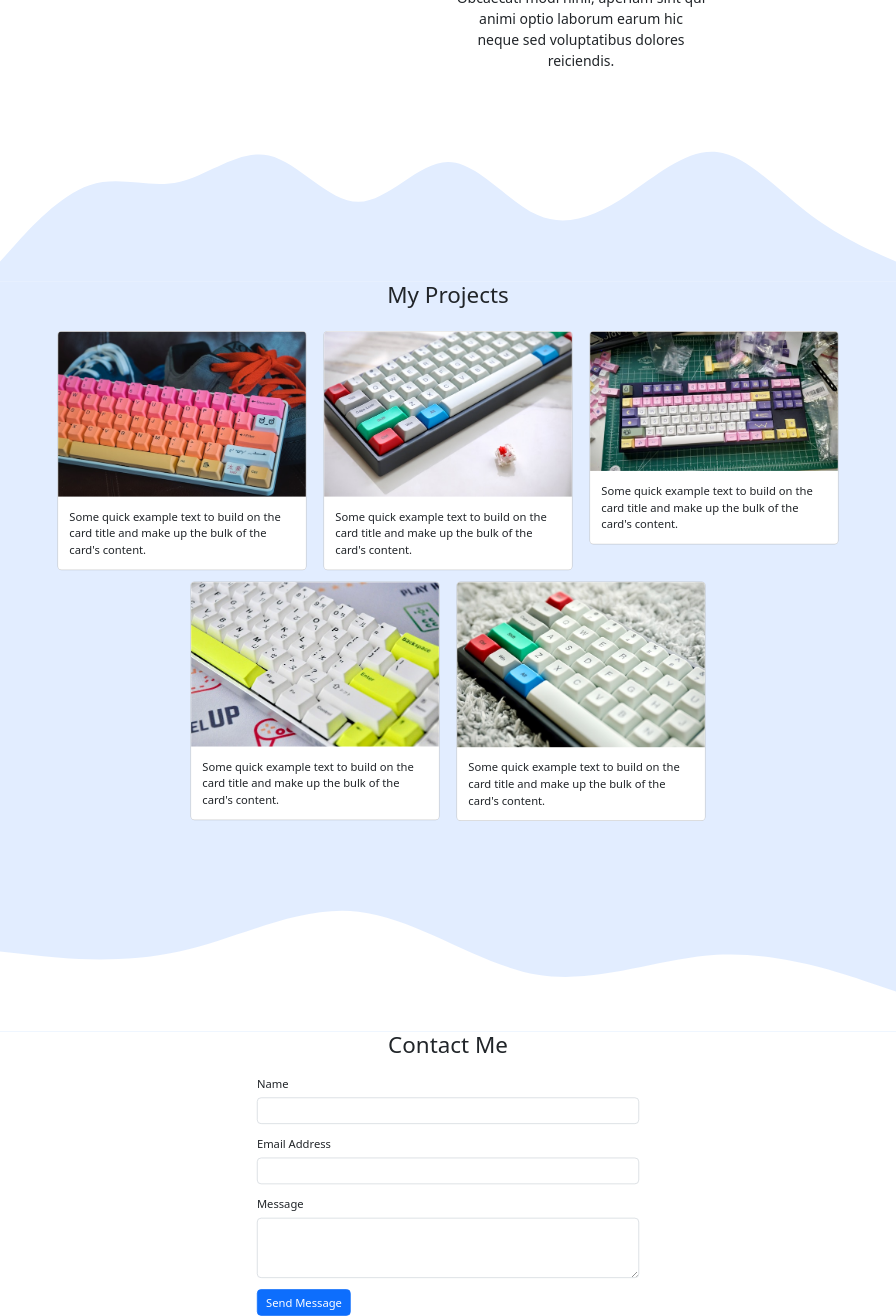
Repository: fadlyyy/fadli-dev.github.io
Page: index.html
These files come from the project's save history. The page is drawn as it stood at one moment and after the next save; the edit follows.
The browser window is 1280 px wide. The pictures show the part of the page from y = 1084 to 3004 px (the page is 2964 px tall before and 3004 px after), at 70% of full size.

Above is the page before, as saved 2024-01-19 15:57:18.

After the next save:
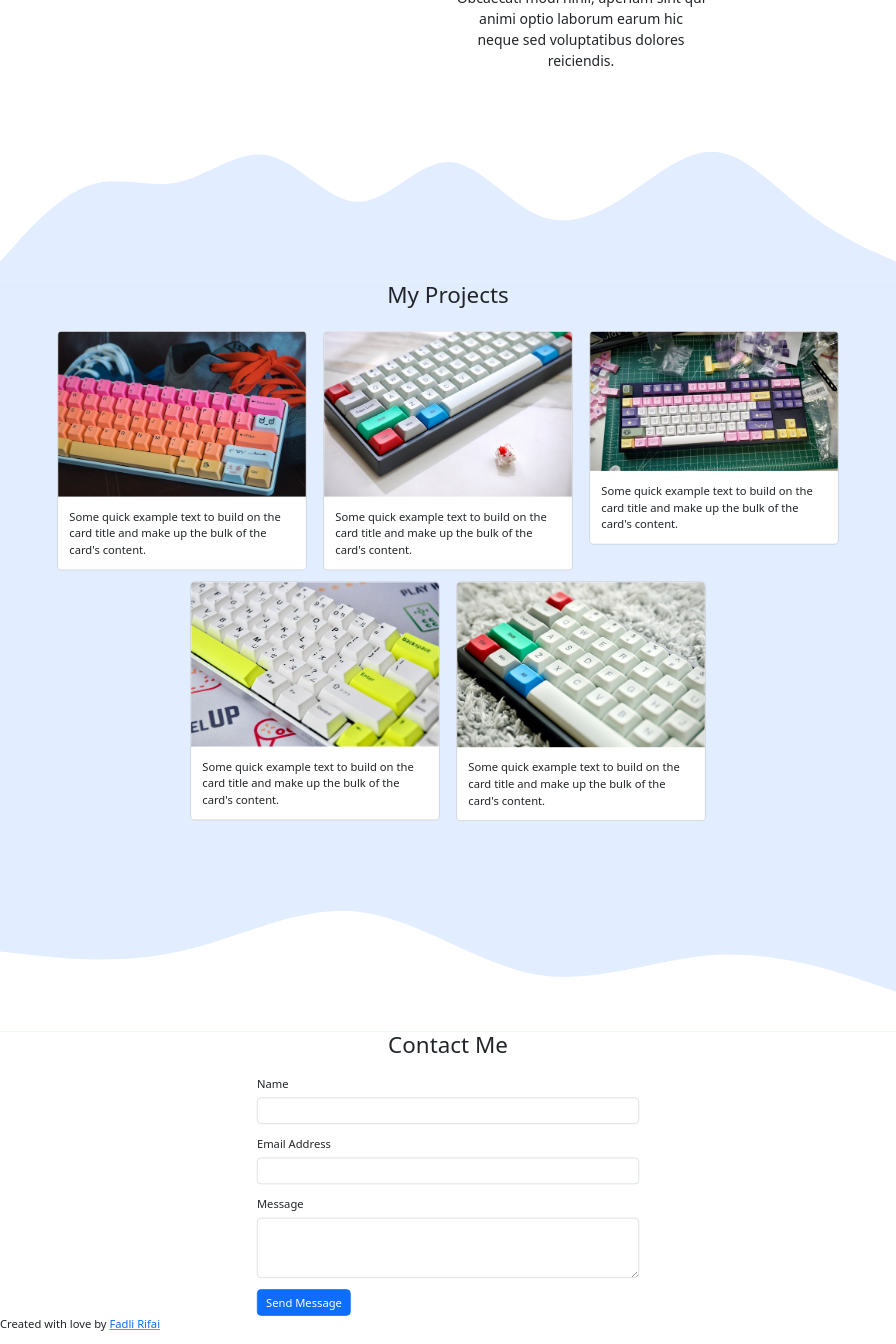
Saved 79 s later.
--- a/index.html
+++ b/index.html
@@ -169,7 +169,9 @@
     <!-- End Contact -->
 
     <!-- Footer -->
-
+    <footer>
+      <p>Created with love by <a href="#">Fadli Rifai</a></p>
+    </footer>
     <!-- Footer End -->
 
     <script src="https://cdn.jsdelivr.net/npm/bootstrap@5.2.3/dist/js/bootstrap.bundle.min.js" integrity="sha384-kenU1KFdBIe4zVF0s0G1M5b4hcpxyD9F7jL+jjXkk+Q2h455rYXK/7HAuoJl+0I4" crossorigin="anonymous"></script>
